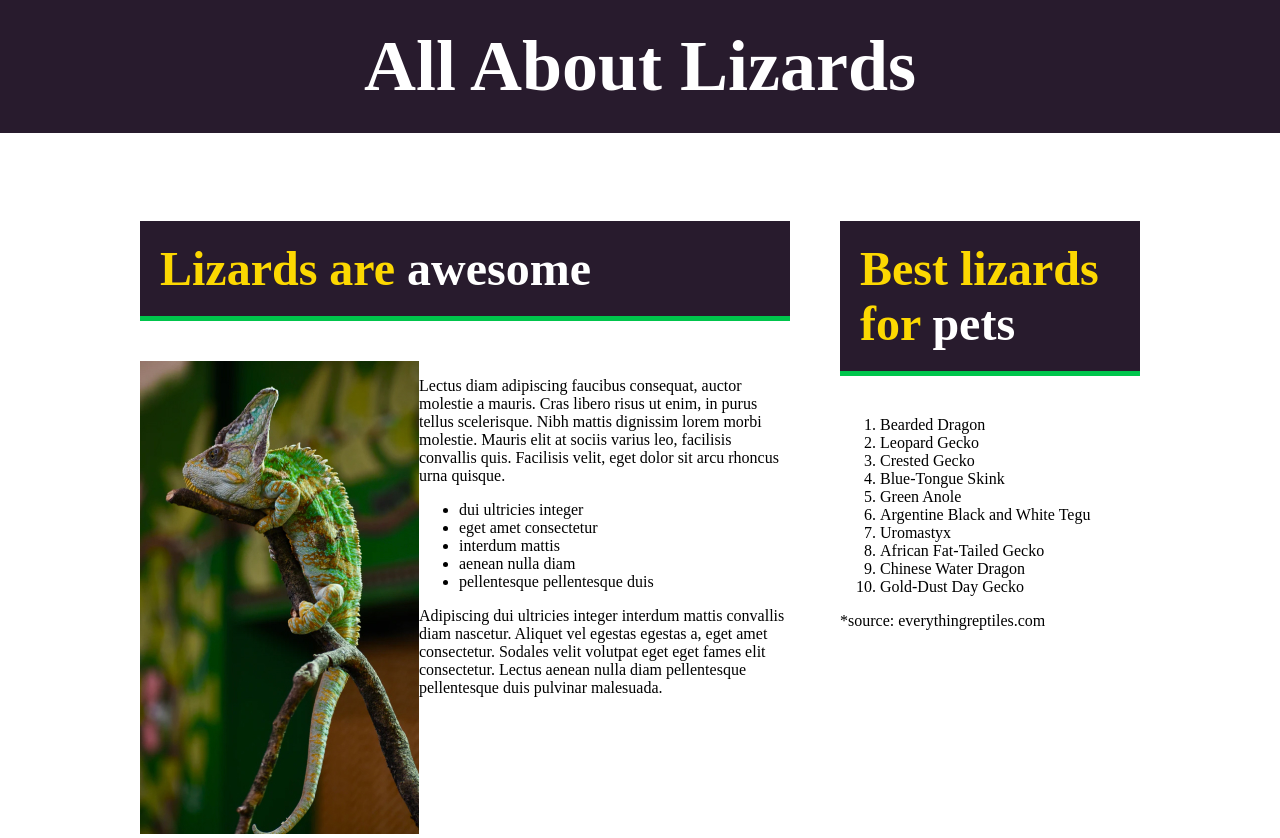
Repository: Doumham-Armah/lizards-landing--page
Page: index.html
These files come from the project's save history. The page is drawn as it stood at one moment and after the next save; the edit follows.
The browser window is 1280 px wide. The pictures show the whole page.

Above is the page before, as saved 2021-08-10 15:18:07.

### index.html
<!DOCTYPE html>
<html>
  <head>
    <title>All about lizards</title>
    <link href="css/style.css" rel="stylesheet" />
  </head>
  <body>
    <header>
      <h1>All About Lizards</h1>
    </header>

    <main>
      <div class="container">
        <div class="columns">
          <section class="main-content">
            <h2 class="subhead">
              Lizards are <span class="white-text">awesome</span>
            </h2>

            <div class="columns">
              <div class="col-left">
                <img
                  src="images/chameleon.jpg"
                  alt="a chameleon climbing a branch"
                />
              </div>

              <div class="col-right">
                <p>
                  Lectus diam adipiscing faucibus consequat, auctor molestie a
                  mauris. Cras libero risus ut enim, in purus tellus
                  scelerisque. Nibh mattis dignissim lorem morbi molestie.
                  Mauris elit at sociis varius leo, facilisis convallis quis.
                  Facilisis velit, eget dolor sit arcu rhoncus urna quisque.
                </p>

                <!-- insert the unordered list here -->
                <ul>
                  <li>dui ultricies integer</li>
                  <li>eget amet consectetur</li>
                  <li>interdum mattis</li>
                  <li>aenean nulla diam</li>
                  <li>pellentesque pellentesque duis</li>
                </ul>

                <p>
                  Adipiscing dui ultricies integer interdum mattis convallis
                  diam nascetur. Aliquet vel egestas egestas a, eget amet
                  consectetur. Sodales velit volutpat eget eget fames elit
                  consectetur. Lectus aenean nulla diam pellentesque
                  pellentesque duis pulvinar malesuada.
                </p>
              </div>
            </div>
          </section>

          <aside class="sidebar">
            <h2 class="subhead">
              Best lizards for <span class="white-text">pets</span>
            </h2>
            <!-- insert the ordered list here -->
            <ol>
              <li>Bearded Dragon</li>
              <li>Leopard Gecko</li>
              <li>Crested Gecko</li>
              <li>Blue-Tongue Skink</li>
              <li>Green Anole</li>
              <li>Argentine Black and White Tegu</li>
              <li>Uromastyx</li>
              <li>African Fat-Tailed Gecko</li>
              <li>Chinese Water Dragon</li>
              <li>Gold-Dust Day Gecko</li>
            </ol>
            <p>*source: everythingreptiles.com</p>
          </aside>
        </div>
        <!-- close columns -->
      </div>
      <!-- close container -->
    </main>
  </body>
</html>

### css/style.css
body {
  margin: 0;
}

/* solution with h1 only */

h1 {
  background-color: #281b2d;
  color: #fff;
  text-align: center;
  font-size: 72px;
  margin-top: 0;
  padding: 25px 0;
}

.subhead {
  background-color: #281b2d;
  color: #fcd801;
  font-size: 48px;
  padding: 20px;
  border-bottom: 5px solid #00c54c;
}

.white-text {
  color: #fff;
}

.container {
  max-width: 1000px;
  margin: 0 auto;
  padding: 0 20px;
}

.columns {
  display: flex;
}

.right-col {
  margin-left: 1rem;
}

.main-content {
  width: 65%;
  margin-right: 5%;
}

.sidebar {
  width: 30%;
}

After the next save:
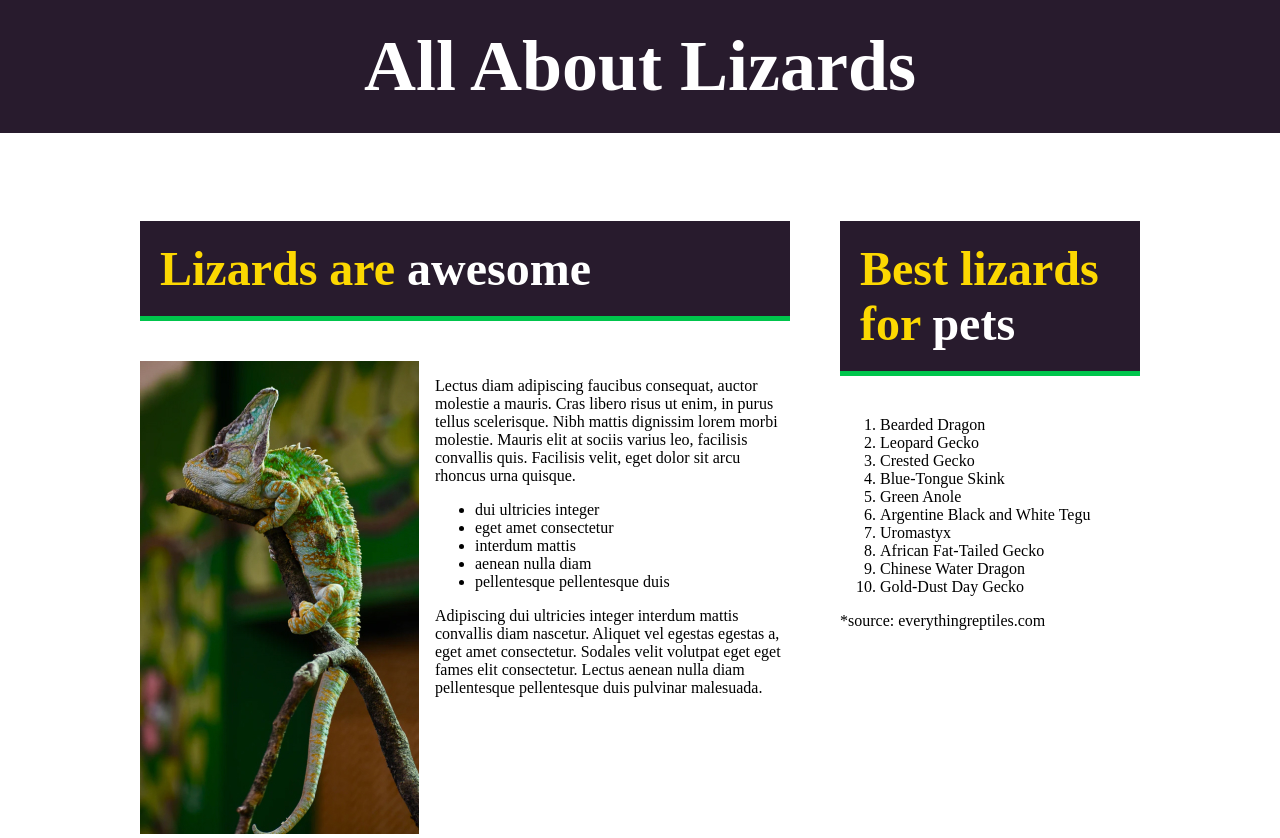
Saved 25 s later.
--- a/css/style.css
+++ b/css/style.css
@@ -35,7 +35,7 @@ h1 {
   display: flex;
 }
 
-.right-col {
+.col-right {
   margin-left: 1rem;
 }
 
